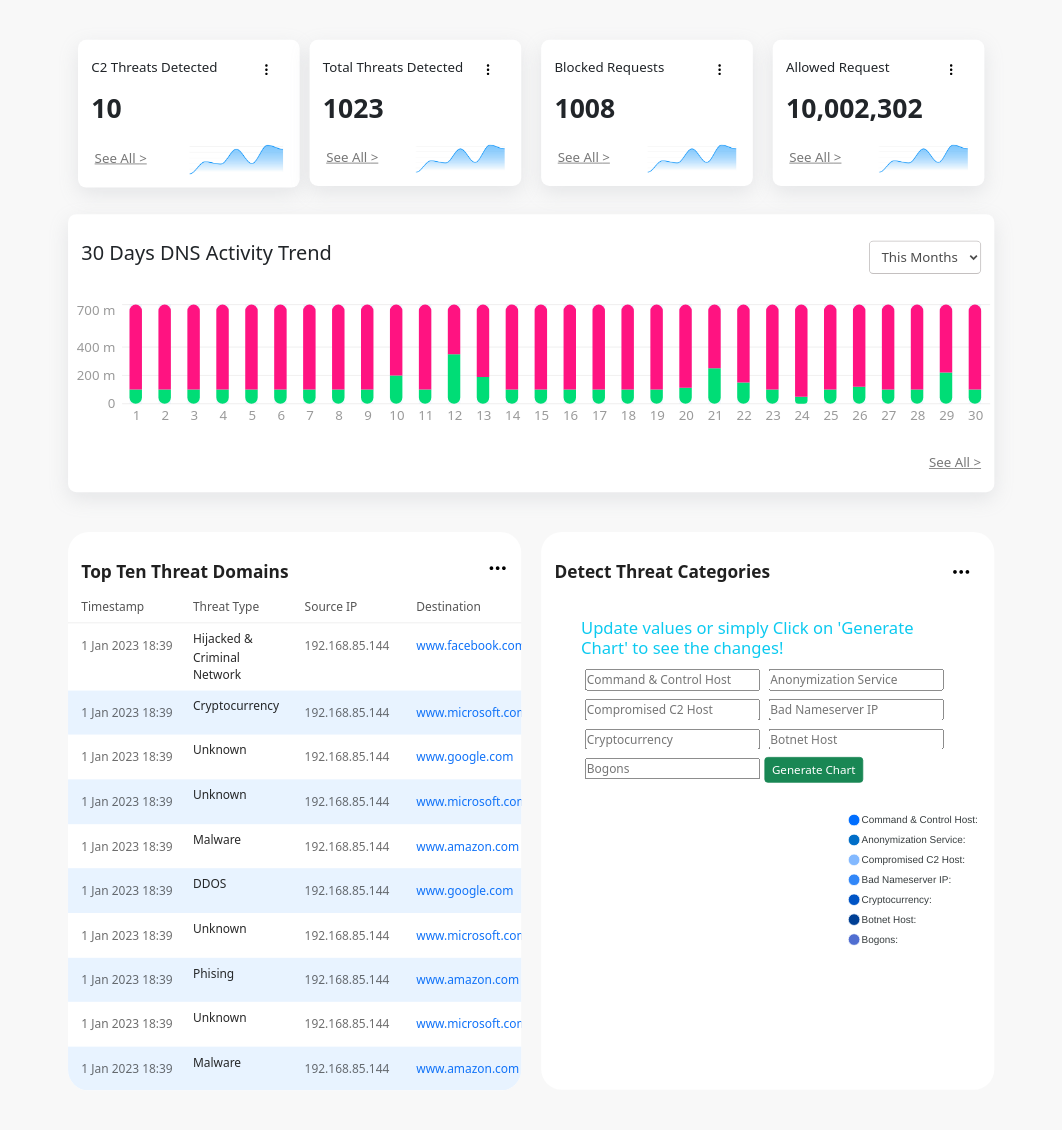
Repository: badhon252/dashboard
Page: /
These files come from the project's save history. The page is drawn as it stood at one moment and after a run of saves; the edit follows.
The browser window is 1280 px wide. The pictures show the whole page, at 83% of full size.
The project was rebuilt for these pictures with package versions that can differ from the ones it lists, and the page was loaded fresh each time. Also part of the build but not shown: vite.config.js.

Above is the page before, as saved 2023-01-30 02:31:01.

After the next 3 saves:
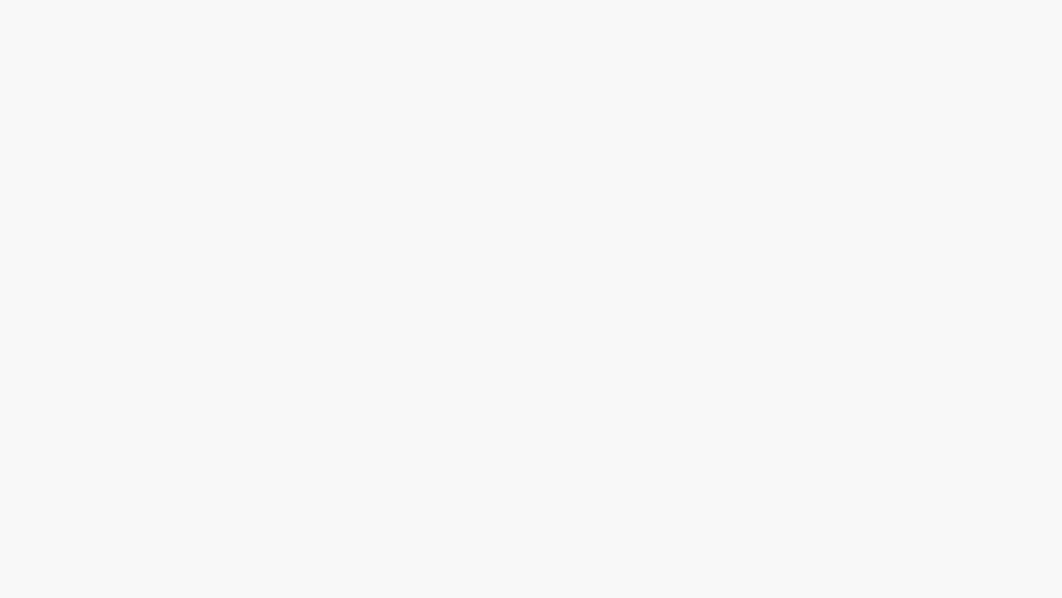
Console error (its wording comes from the project's code and is left out).
The 3 saves are shown as one change because 2 did not build or start.
The last was saved 5 min 59 s later.
--- a/src/Components/Activity/ActivityGraph.jsx
+++ b/src/Components/Activity/ActivityGraph.jsx
@@ -1,3 +1,4 @@
+import React, { useState, useEffect } from "react";
 import {
   ResponsiveContainer,
   XAxis,
@@ -8,29 +9,32 @@
   CartesianGrid,
 } from "recharts";
 import Data from "../data";
-import "./Activity.css";
 
-const ActivityGraph = ({ CustomTooltip }) => {
+const ActivityGraph = ({ TooltipContent }) => {
+  const [selectedData, setSelectedData] = useState(null);
+
   const handleBarClick = (data) => {
-    console.log(data);
+    setSelectedData(data);
   };
 
-  console.clear();
+  useEffect(() => {
+    console.log(selectedData);
+  }, [selectedData]);
+
   return (
-    //? Creating Bars
-    <ResponsiveContainer width="100%" aspect="7">
+    <ResponsiveContainer width="100%" aspect={7}>
       <BarChart data={Data()} outerRadius={10} onClick={handleBarClick}>
         <XAxis
           dataKey="id"
           stroke="#9a9a9a"
-          interval={"preserveStartEnd"}
+          interval="preserveStartEnd"
           tickLine={false}
           axisLine={false}
         />
         <YAxis
           dataKey="height"
           stroke="#9a9a9a"
-          interval={"preserveStartEnd"}
+          interval="preserveStartEnd"
           domain={[0, 250, 500, 750]}
           tickFormatter={(value) => (value <= 0 ? 0 : value + " m")}
           axisLine={false}
@@ -39,7 +43,7 @@
         <CartesianGrid
           stroke="#e0dfdf"
           vertical={false}
-          horizontal={true}
+          horizontal
           strokeWidth={0.6}
         />
         <Bar
@@ -52,7 +56,7 @@
           fill="rgb(0, 221, 118)"
           radius={[0, 0, 15, 15]}
           background={{ fill: "#5590ff13" }}
-        />{" "}
+        />
         <Bar
           chartX={100}
           chartY={200}
@@ -62,9 +66,9 @@
           stackId="a"
           fill="rgb(255, 19, 129)"
           radius={[10, 10, 0, 0]}
-        ></Bar>
+        />
         <Tooltip
-          content={<CustomTooltip />}
+          content={<TooltipContent />}
           cursor={{ fill: "blue", opacity: 0 }}
         />
       </BarChart>

After the save that followed:
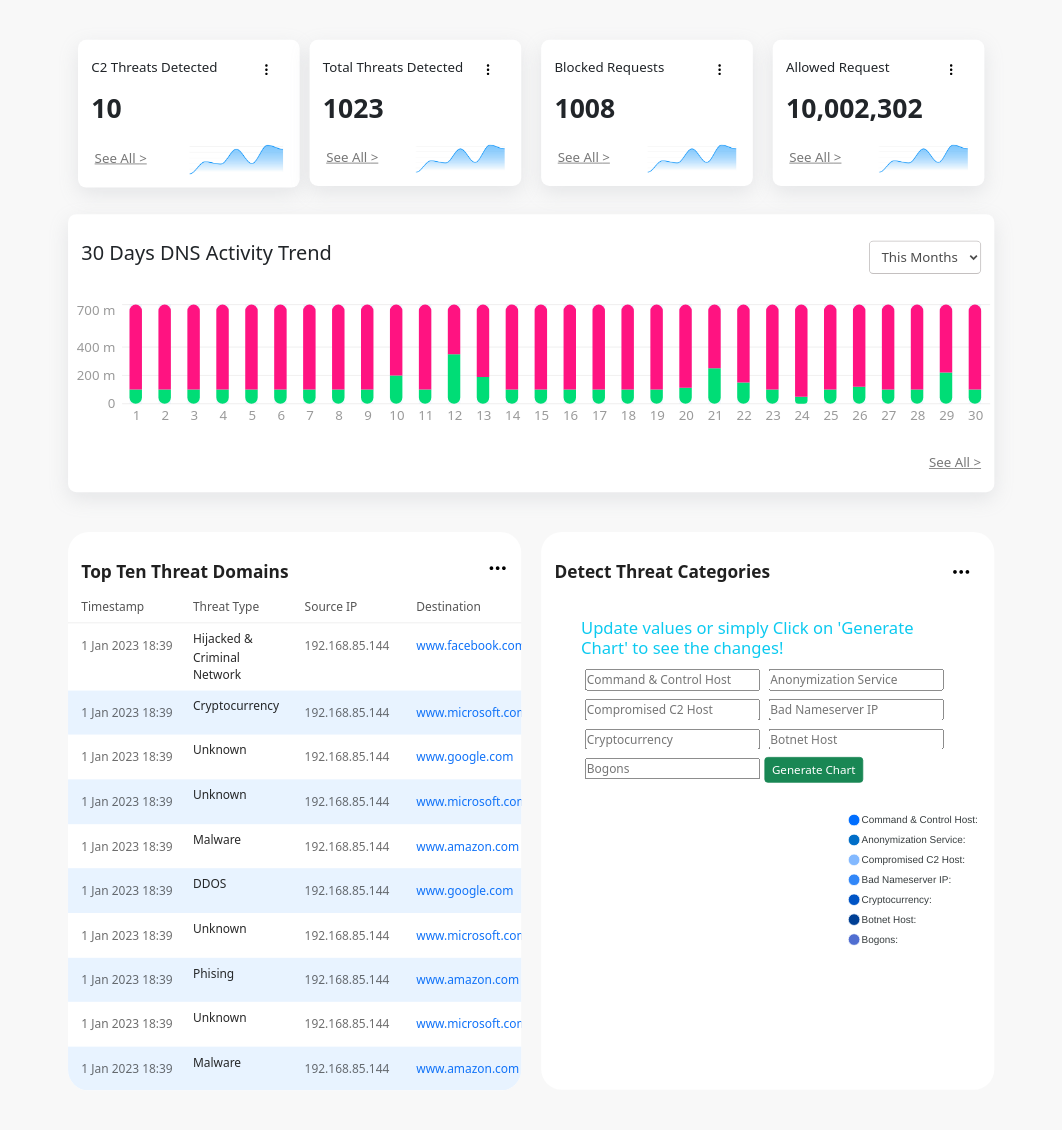
The error is gone.
Saved 31 s later.
--- a/src/Components/Activity/ActivityGraph.jsx
+++ b/src/Components/Activity/ActivityGraph.jsx
@@ -1,4 +1,3 @@
-import React, { useState, useEffect } from "react";
 import {
   ResponsiveContainer,
   XAxis,
@@ -9,32 +8,28 @@
   CartesianGrid,
 } from "recharts";
 import Data from "../data";
+import "./Activity.css";
 
-const ActivityGraph = ({ TooltipContent }) => {
-  const [selectedData, setSelectedData] = useState(null);
-
+const ActivityGraph = ({ CustomTooltip }) => {
   const handleBarClick = (data) => {
-    setSelectedData(data);
+    console.log(data);
   };
 
-  useEffect(() => {
-    console.log(selectedData);
-  }, [selectedData]);
-
   return (
-    <ResponsiveContainer width="100%" aspect={7}>
+    //? Creating Bars
+    <ResponsiveContainer width="100%" aspect="7">
       <BarChart data={Data()} outerRadius={10} onClick={handleBarClick}>
         <XAxis
           dataKey="id"
           stroke="#9a9a9a"
-          interval="preserveStartEnd"
+          interval={"preserveStartEnd"}
           tickLine={false}
           axisLine={false}
         />
         <YAxis
           dataKey="height"
           stroke="#9a9a9a"
-          interval="preserveStartEnd"
+          interval={"preserveStartEnd"}
           domain={[0, 250, 500, 750]}
           tickFormatter={(value) => (value <= 0 ? 0 : value + " m")}
           axisLine={false}
@@ -43,7 +38,7 @@
         <CartesianGrid
           stroke="#e0dfdf"
           vertical={false}
-          horizontal
+          horizontal={true}
           strokeWidth={0.6}
         />
         <Bar
@@ -56,7 +51,7 @@
           fill="rgb(0, 221, 118)"
           radius={[0, 0, 15, 15]}
           background={{ fill: "#5590ff13" }}
-        />
+        />{" "}
         <Bar
           chartX={100}
           chartY={200}
@@ -66,9 +61,9 @@
           stackId="a"
           fill="rgb(255, 19, 129)"
           radius={[10, 10, 0, 0]}
-        />
+        ></Bar>
         <Tooltip
-          content={<TooltipContent />}
+          content={<CustomTooltip />}
           cursor={{ fill: "blue", opacity: 0 }}
         />
       </BarChart>
